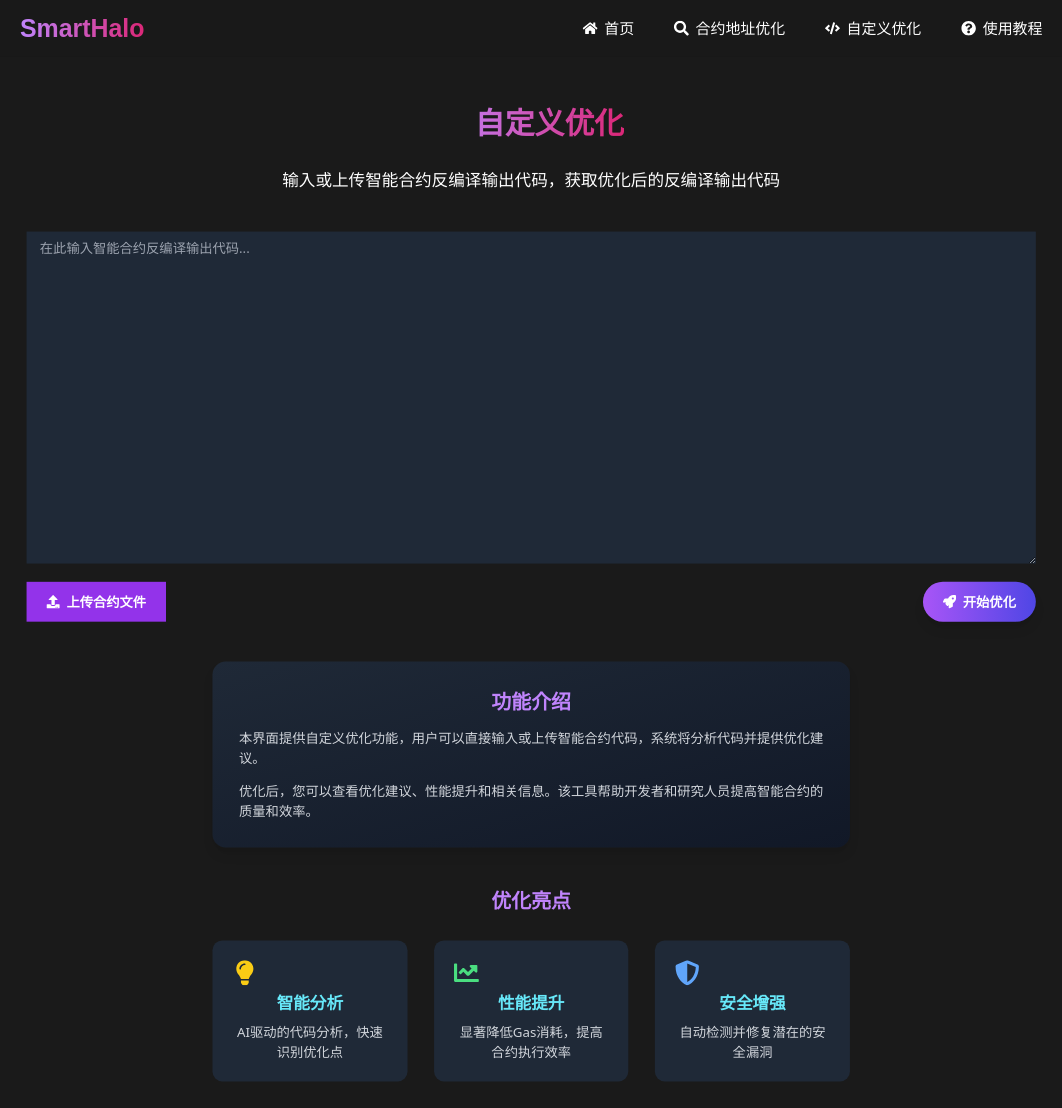
Repository: RunnerQuan/smart-halo
Page: /custom-optimization
An editor plug-in stored every save of this project. The page is shown before and after the next save, followed by the edit.
The browser window is 1280 px wide. The pictures show the whole page, at 83% of full size.
The project was rebuilt for these pictures with package versions that can differ from the ones it lists, and the page was loaded fresh each time. The framework's server and built-in components were replaced by stand-ins that run in the browser. Also part of the build but not shown: next.config.mjs.

Above is the page before, as saved 2024-10-18 15:51:46.

After the next save:
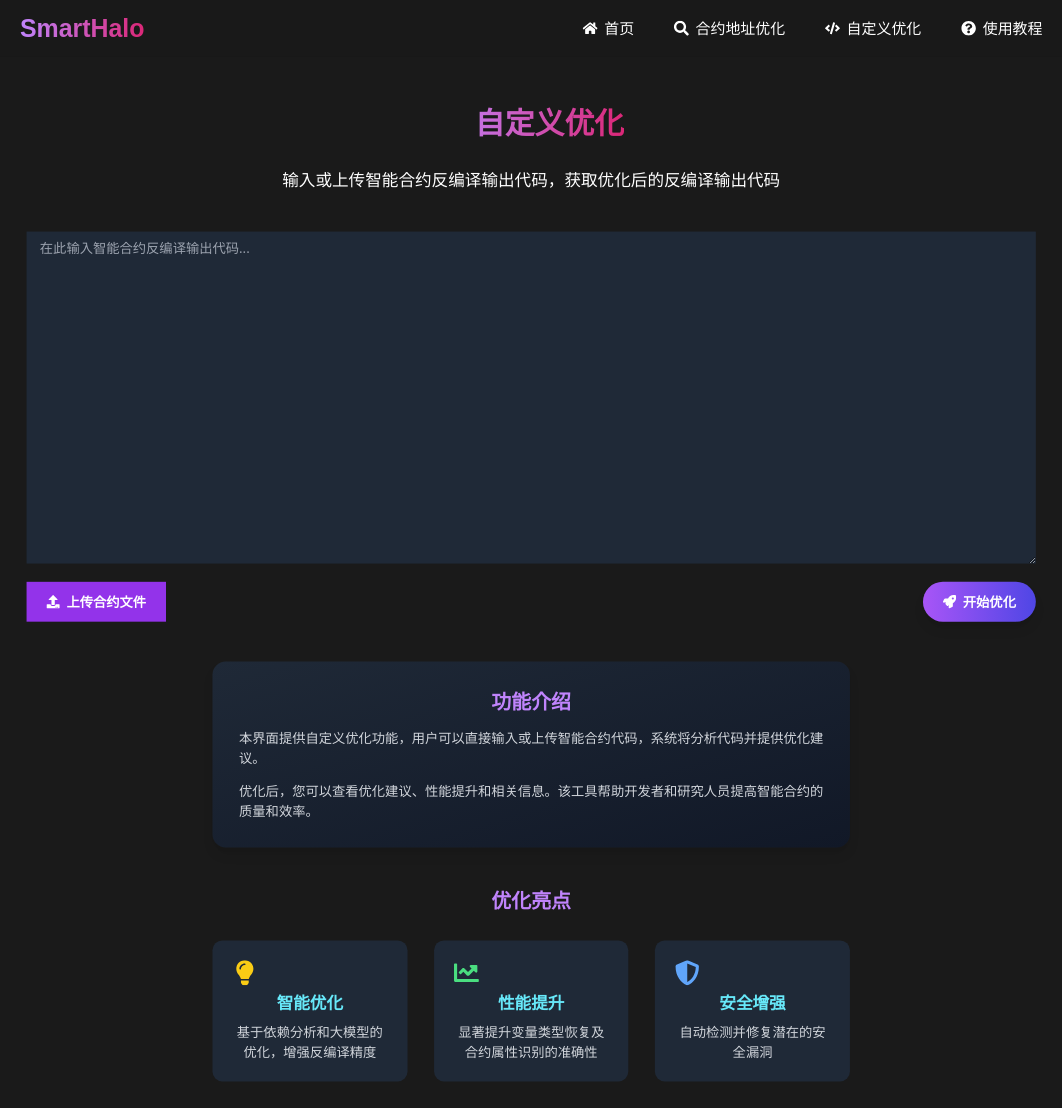
Saved 2 min 20 s later.
--- a/app/custom-optimization/page.tsx
+++ b/app/custom-optimization/page.tsx
@@ -104,8 +104,8 @@ export default function CustomOptimization() {
           <h2 className="text-2xl font-semibold mb-8 text-purple-400 text-center">优化亮点</h2>
           <div className="grid grid-cols-1 md:grid-cols-3 gap-8">
             {[
-              { title: "智能分析", desc: "AI驱动的代码分析，快速识别优化点", icon: <FaLightbulb className="text-3xl mb-2 text-yellow-400" /> },
-              { title: "性能提升", desc: "显著降低Gas消耗，提高合约执行效率", icon: <FaChartLine className="text-3xl mb-2 text-green-400" /> },
+              { title: "智能优化", desc: "基于依赖分析和大模型的优化，增强反编译精度", icon: <FaLightbulb className="text-3xl mb-2 text-yellow-400" /> },
+              { title: "性能提升", desc: "显著提升变量类型恢复及合约属性识别的准确性", icon: <FaChartLine className="text-3xl mb-2 text-green-400" /> },
               { title: "安全增强", desc: "自动检测并修复潜在的安全漏洞", icon: <FaShieldAlt className="text-3xl mb-2 text-blue-400" /> },
             ].map((item, index) => (
               <motion.div
